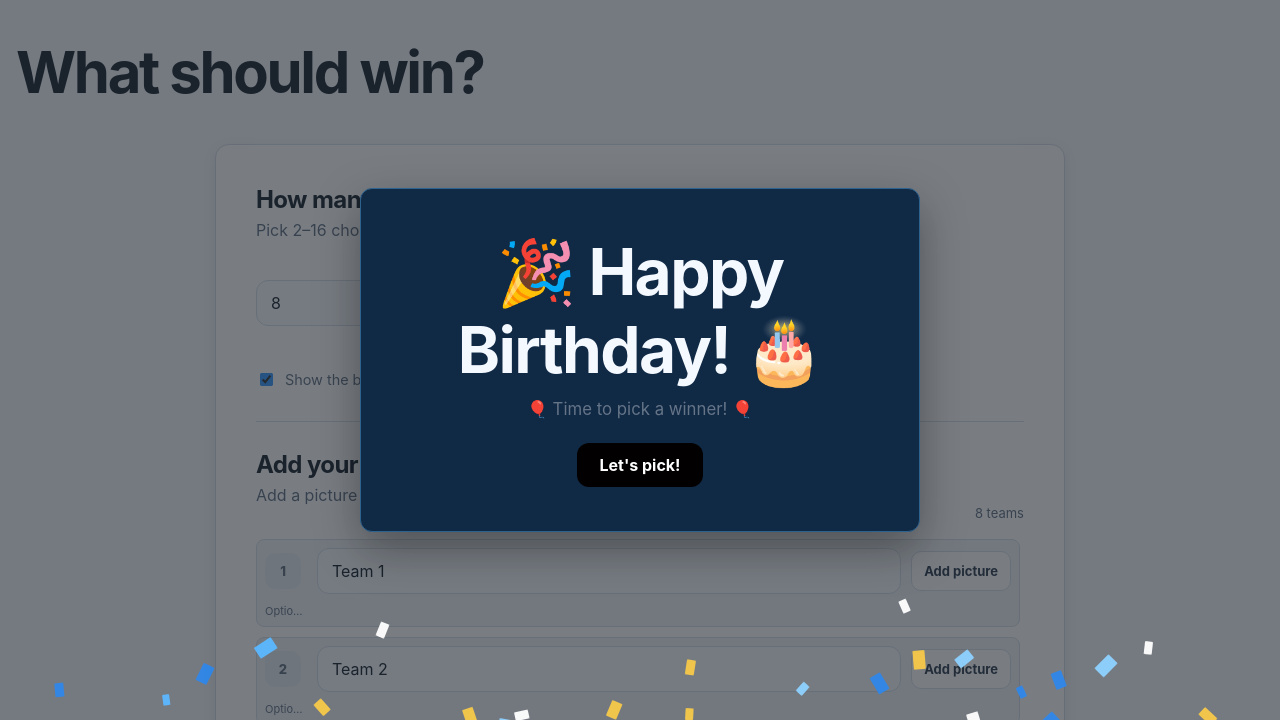
Repository: Ryan-Damm/Bracket
Page: bracket-simulator.html
The author's editor kept a copy of each file at every save. The page is drawn from the files as they stood at one save, then again after the next save.
The browser window is 1280 px wide. The pictures show the window.
A layer covers the whole window, so only the first screen is drawn. An inner scrolling area shows only its first screen.

Above is the page before, as saved 2026-10-04 21:44:48.

After the next save:
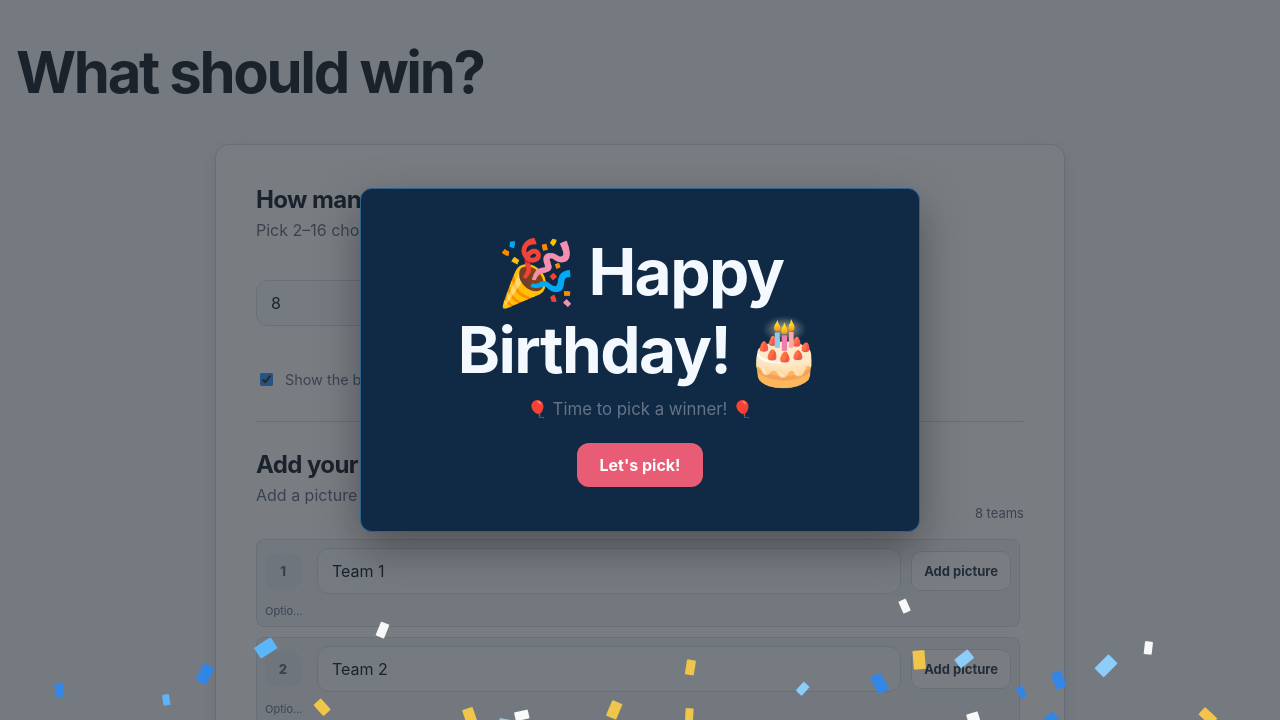
Saved 9 s later.
--- a/colors.js
+++ b/colors.js
@@ -1,6 +1,6 @@
 // Change this ONE color to restyle the whole bracket.
 // The other colors are calculated from it.
-const MAIN_COLOR = "#030001";
+const MAIN_COLOR = "#e85d75";
 
 function hexToHsl(hex) {
     const value = hex.replace("#", "");
